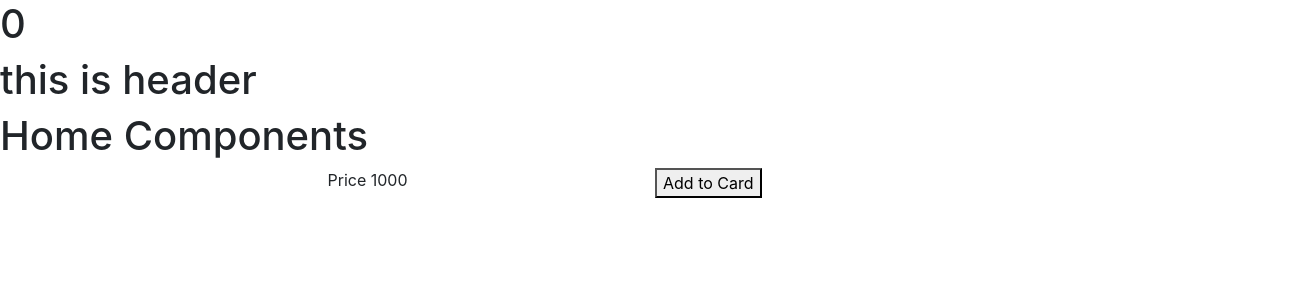
Repository: lalji-yadav/Redux-add-and-remove-item-in-cart-and-HOC-Example-
Page: /
The author's editor kept a copy of each file at every save. The page is drawn from the files as they stood at one save, then again after the next save.
The browser window is 1280 px wide. The page is 1295 px wide, so the pictures cover 1295 px, including what lies to the right of the window. The pictures show the whole page.
The project was rebuilt for these pictures with package versions that can differ from the ones it lists, and the page was loaded fresh each time.

Above is the page before, as saved 2021-01-15 17:35:15.

### src/index.js
import React from 'react';
import ReactDOM from 'react-dom';
import './index.css';
import App from './App';
import reportWebVitals from './reportWebVitals';
import 'bootstrap/dist/css/bootstrap.min.css';

//
import { createStore } from "redux";
import { Provider } from "react-redux";
import rootReducer from "./Services/Reducers/index";
const store=createStore(rootReducer)
// console.warn('Store data', store);
//

ReactDOM.render(
  // <React.StrictMode>
  //   <App />
  // </React.StrictMode>,
  <Provider store={store}>
    <App />
  </Provider>,
  document.getElementById('root')
);

// If you want to start measuring performance in your app, pass a function
// to log results (for example: reportWebVitals(console.log))
// or send to an analytics endpoint. Learn more: https://bit.ly/CRA-vitals
reportWebVitals();

### src/App.js
// import logo from './logo.svg';
// import './App.css';
// import Clickbuttoncount from "./HOC/clickbuttoncount";
// import Hoverclickcount from "./HOC/hoverclickcount";

// import Home from "./components/home";
import Homecontainer from "./containers/homeContainer";
import HeaderContainer from "./containers/headerContainer";

function App() {
  return (
    <div>

      {/* <Clickbuttoncount /> <br /> <br />

      <Hoverclickcount /> */}

      {/* <Home /> */}
      <HeaderContainer />
      <Homecontainer />

    </div>
  );
}

export default App;

### src/Services/Reducers/index.js
import { combineReducers } from "redux";
import cardItems from "./reducer";

 export default combineReducers({
    cardItems
})

### src/containers/homeContainer.js
import {connect} from 'react-redux'

import Home from "../components/home";
import { addToCart } from "../Services/Action/action";



const mapStateToProps=(state)=>({
       data:state.cardItems
})
const mapDispatchToProps=dispatch=>({
    addToCartHandler:data=>dispatch(addToCart(data))
})

export default connect(mapStateToProps,mapDispatchToProps)(Home)

//export default Home;

### src/containers/headerContainer.js
import {connect} from 'react-redux'
import Header from '../components/header';

// import { addToCart } from "../Services/Action/action";



const mapStateToProps=(state)=>({
       data:state.cardItems
})
const mapDispatchToProps=dispatch=>({
    //addToCartHandler:data=>dispatch(addToCart(data))
})

export default connect(mapStateToProps,mapDispatchToProps)(Header)

//export default Home;

### src/Services/Reducers/reducer.js
import {ADD_TO_CART} from "../constants";

const initialState ={
    cardData: []
}
export default function CardItem(state= [], action) {
    switch(action.type) {
        case ADD_TO_CART:
        console.log('reducer',action)
        return [
            ...state,
            {cardData: action.data}
        ]
        default:
            return state
    }

}

// import { ADD_TO_CART } from '../constants'
// const initialState = {
//     cardData: []
// }
// export default function cardItems(state = [], action) {
//     switch (action.type) {
//         case ADD_TO_CART:
//             // console.warn("reducer",action)
//             return [
//                 ...state,
//                 {cardData: action.data}
//             ]
//         default:
//             return state
//     }


// }

### src/components/home.js
import React from 'react';

function Home(props) {

      console.warn('Props',props.data)

        return (
            <div className={{margin:"2%", border:"1px solid red"}}>

                <h1> Home Components  </h1>

                <div className="row">
                    <div className="col-sm-3">

                    </div>

                    <div className="col-sm-3">

                        {/* <h5> {props.data.length} </h5> */}

                        <p>Price 1000</p>

                    </div>

                    <div className="col-sm-3">

                        <button onClick={()=>
                            props.addToCartHandler({price:1000,  name:'Anubhav kumar Yadav'})} > Add to Card </button>

                    </div>

                    <div className="col-sm-3">

                    </div>

                </div>



            </div>
        );
    }


export default Home;

### src/Services/Action/action.js
import {ADD_TO_CART} from "../constants";

export const addToCart=(data)=> {

    console.warn('action', data);
    return {
        type:ADD_TO_CART,
        data:data
    }
}

// export const removeToCart=(data)=> {
//     return {
//         type:'REMOVE_TO_CART',
//         data:data
//     }
// }

### src/components/header.js
import React from 'react';

const Header=(props)=> {

    console.warn('Header',props)

        return (
            <div>
                <h1>{props.data.length}</h1>
                <h1> this is header  </h1>
            </div>
        );
    }

export default Header;

### src/Services/constants.js
export const ADD_TO_CART="ADD_TO_CART"

Loaded but not shown: public/index.html (common file); src/index.css (common file); src/reportWebVitals.js (common file)

After the next save:
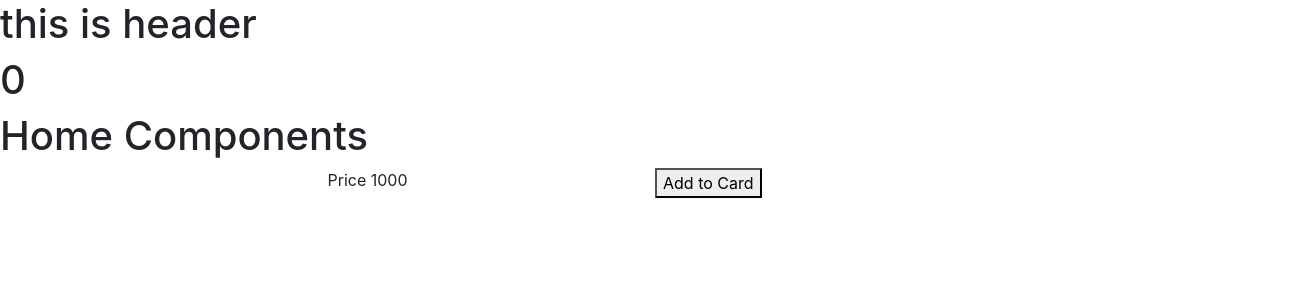
Saved 26 s later.
--- a/src/components/header.js
+++ b/src/components/header.js
@@ -6,8 +6,9 @@ const Header=(props)=> {
 
         return (
             <div>
+                 <h1> this is header  </h1>
                 <h1>{props.data.length}</h1>
-                <h1> this is header  </h1>
+
             </div>
         );
     }
